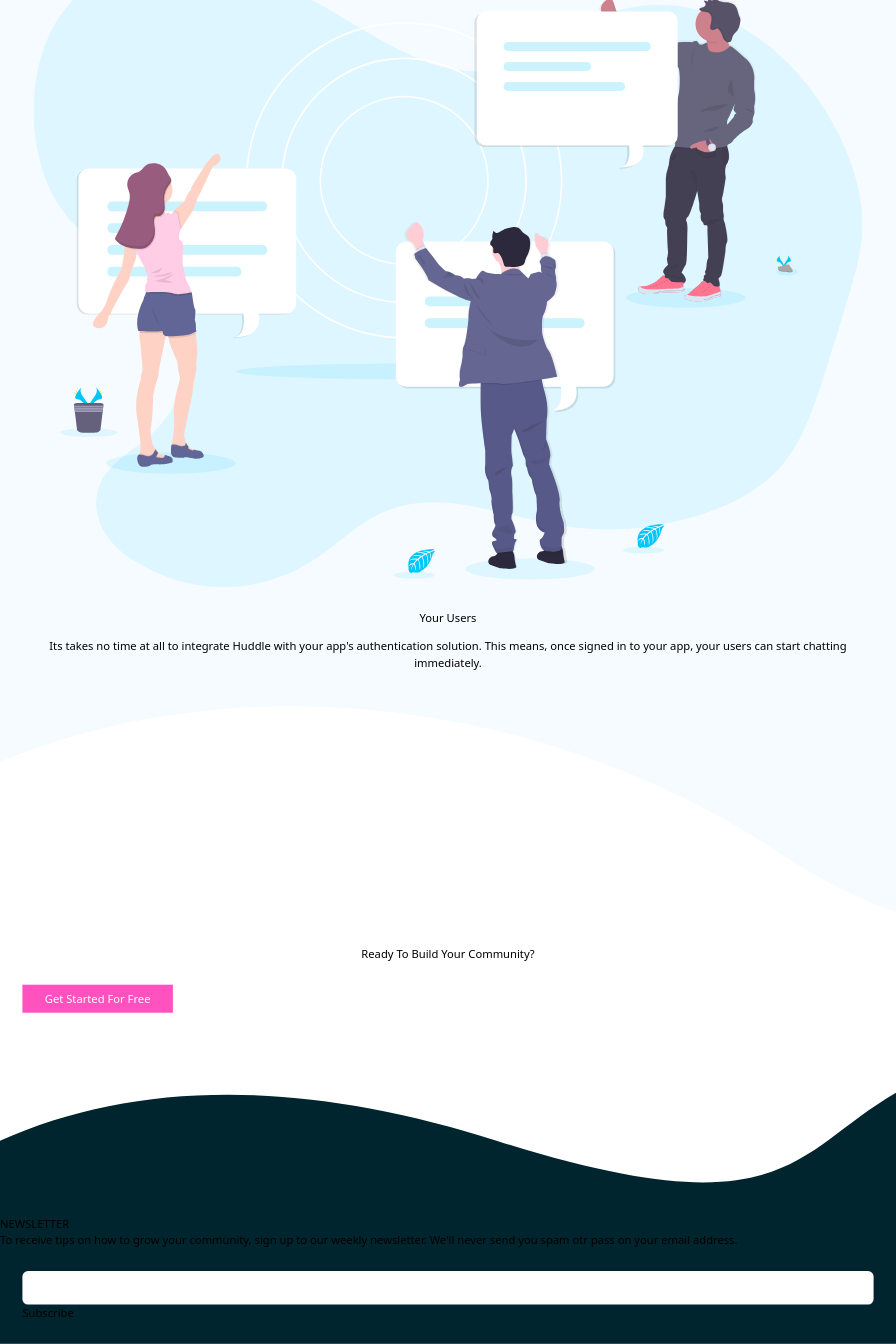
Repository: nivrii/huddle-landing-page-with-curved-sections-master
Page: /
The author's editor kept a copy of each file at every save. The page is drawn from the files as they stood at one save, then again after the next save.
The browser window is 1280 px wide. The pictures show the part of the page from y = 4444 to 6364 px (the page is 6364 px tall), at 70% of full size.
The project was rebuilt for these pictures with package versions that can differ from the ones it lists, and the page was loaded fresh each time. Also part of the build but not shown: vite.config.js.

Above is the page before, as saved 2024-04-04 19:27:15.

### src/App.jsx
import "./App.css";
import message from "./assets/images/icon-messages.svg";
import communities from "./assets/images/icon-communities.svg";

import screenMockup from "./assets/images/screen-mockups.svg";
import grow from "./assets/images/illustration-grow-together.svg";
import users from "./assets/images/illustration-your-users.svg";
import conversation from "./assets/images/illustration-flowing-conversation.svg";

import sectionTop1M from "./assets/images/bg-section-top-mobile-1.svg";
import sectionTop2M from "./assets/images/bg-section-top-mobile-2.svg";
import sectionBottom1M from "./assets/images/bg-section-bottom-mobile-1.svg";
import sectionBottom2M from "./assets/images/bg-section-bottom-mobile-2.svg";
import footerTopM from "./assets/images/bg-footer-top-mobile.svg";

function App() {
  return (
    <div className=" box-border m-0 bg-white w-screen min-h-screen">
      <section>
        <div className="flex flex-row w-full">
          <div className="flex flex-row align-middle  w-3/5">
            <img src={message} className="my-auto w-8 h-8" />
            <h1 className="text-3xl font-Poppins text-Very-dark-cyan font-bold my-auto">
              Huddle
            </h1>
          </div>
          <div className="flex align-middle justify-end w-2/5">
            <input
              className="border-2 border-Light-pink text-Light-pink font-Poppins rounded-3xl px-6 py-2"
              type="button"
              value="Try It Free"
            />
          </div>
        </div>
      </section>

      <section>
        <div className="w-full ">
          <h1>Build The Community Your Fans Will Love</h1>
          <p className="text-wrap">
            Huddle re-imagines the way we build communities. You have a voice,
            so does your audience. Create connections with your users as you
            engage in genuine discussion
          </p>
          <input
            type="submit"
            name="start"
            className="outline-none text-white bg-Pink"
          />
        </div>
      </section>

      <section className="mt-4 m">
        <div className="mx-auto">
          <img src={screenMockup} className="object-contain" />
        </div>
      </section>

      <section className="flex flex-col justify-center">
        <div className="mx-auto w-1/2 ">
          <img src={communities} alt="communities" />
          <h1 className="w-full font-bold text-6xl">1.4k+</h1>
          <p>Communities Formed</p>
        </div>
        <div className="mx-auto w-1/2">
          <img src={message} alt="message" />
          <h1 className="w-full font-bold text-6xl">2.7m+</h1>
          <p>Messages Sent</p>
        </div>
      </section>

      <img src={sectionTop1M} alt="top-top" className="w-full"/>

      <section className="flex flex-col space-y-8 bg-sectionBG px-8 py-12">
        <img src={grow} alt="" className="mb-12" />
        <div className="flex flex-col space-y-4 text-center">
          <h1>Grow Together</h1>
          <p>
            Generate meaningful discussions with your audience and build a
            strong, loyal community. Think of the insightful conversations you
            miss out on with a feedback form.
          </p>
        </div>
      </section>

      <img src={sectionBottom1M} alt="top-bottom" className="w-full"/>

      <section className="flex flex-col space-y-8 my-20 px-8">
        <img src={conversation} alt="conversations" className="px-4" />
        <div className="flex flex-col space-y-4 text-center">
          <h1>Flowing Conversations</h1>
          <p>
            You wouldn&apos;t paginate a conversation in real life, so why do it
            online? Our threads have just-in-time loading for a more natural
            flow.
          </p>
        </div>
      </section>

      <img src={sectionTop2M} alt="bottom-top" className="w-full"/>

      <section className="bg-sectionBG">
        <div className="flex flex-col space-y-8  px-8">
          <img src={users} alt="conversations" className="px-4" />
          <div className="flex flex-col space-y-4 text-center">
            <h1>Your Users</h1>
            <p>
              Its takes no time at all to integrate Huddle with your app&apos;s
              authentication solution. This means, once signed in to your app,
              your users can start chatting immediately.
            </p>
          </div>
        </div>
      </section>

      <img src={sectionBottom2M} alt="bottom-bottom" className="w-full" />

      <section className="flex flex-col space-y-8 mt-12 px-8 mb-28">
        <h1 className="text-center">Ready To Build Your Community?</h1>
        <input
          type="button"
          value="Get Started For Free"
          className="outline-none bg-Pink text-white w-fit py-2 px-8"
        />
      </section>

      <img src={footerTopM} alt="" className="w-full"/>

      <footer className="bg-bgFooter -mt-1">
        <div>
          <h1>NEWSLETTER</h1>
          <p>To receive tips on how to grow your community, sign up to our weekly newsletter. We&apos;ll never send you spam otr pass on your email address.</p>
        </div>
        <div className="p-8">
          <input type="text" className="w-full rounded-lg h-12"/>
          <input type="button" value="Subscribe" />
        </div>
      </footer>
    </div>
  );
}

export default App;

### src/App.css
@import "tailwindcss/base";
@import "tailwindcss/components";
@import "tailwindcss/utilities";
@import url('https://fonts.google.com/specimen/Poppins');
@import url('https://fonts.google.com/specimen/Open+Sans');

### tailwind.config.js
/** @type {import('tailwindcss').Config} */

/*! tailwindcss v2.2.7 | MIT License | https://tailwindcss.com */
export default {
  content: [
    "./index.html",
    "./src/**/*.{js,ts,jsx,tsx}",
  ],
  theme: {
    extend: {
      screens: {
        'xs': '375px',
        'sm': '640px',
        'md': '768px',
        'lg': '1024px',
        'xl': '1440px',

      },
      colors: {
        'Pink': 'hsl(322, 100%, 66%)',
        'Light-pink': 'hsl(321, 100%, 78%)',
        'Light-red': 'hsl(0, 100%, 63%)',
        'Very-dark-cyan': 'hsl(192, 100%, 9%)',
        'Very-dark-blue': 'hsl(207, 100%, 98%)',
        'sectionBG': '#F6FBFF',
        'bgFooter': '#00252E',
      },
      fontFamily: {
        'Poppins': ['Poppins', 'sans-serif'],
        'Open-sans': ['Open Sans', 'serif'],
      },
    },
  },
  plugins: [],
}

Loaded but not shown: index.html (common file); src/main.jsx (common file)

After the next save:
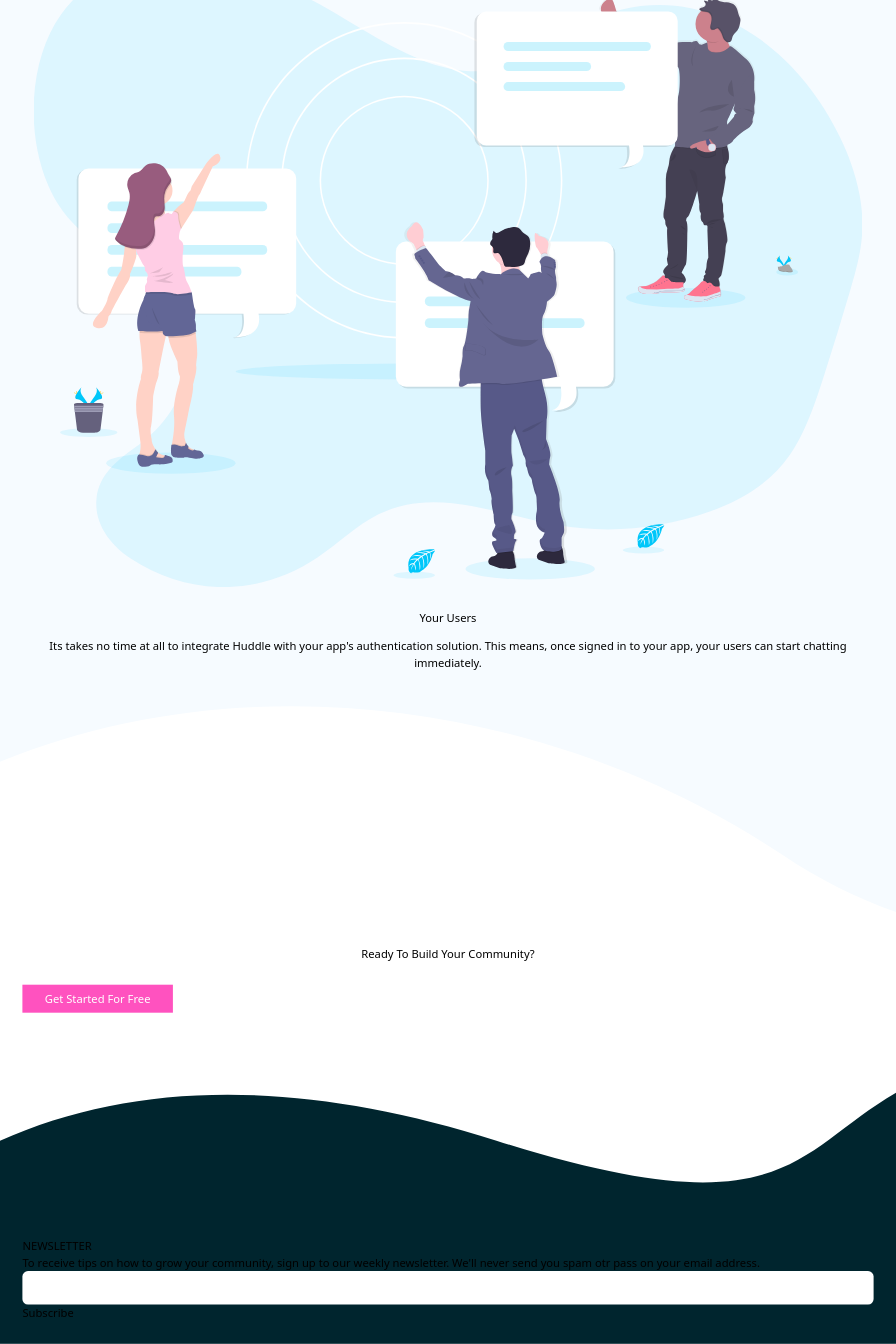
Saved 49 s later.
--- a/src/App.jsx
+++ b/src/App.jsx
@@ -69,7 +69,7 @@
         </div>
       </section>
 
-      <img src={sectionTop1M} alt="top-top" className="w-full"/>
+      <img src={sectionTop1M} alt="top-top" className="w-full" />
 
       <section className="flex flex-col space-y-8 bg-sectionBG px-8 py-12">
         <img src={grow} alt="" className="mb-12" />
@@ -83,7 +83,7 @@
         </div>
       </section>
 
-      <img src={sectionBottom1M} alt="top-bottom" className="w-full"/>
+      <img src={sectionBottom1M} alt="top-bottom" className="w-full" />
 
       <section className="flex flex-col space-y-8 my-20 px-8">
         <img src={conversation} alt="conversations" className="px-4" />
@@ -97,7 +97,7 @@
         </div>
       </section>
 
-      <img src={sectionTop2M} alt="bottom-top" className="w-full"/>
+      <img src={sectionTop2M} alt="bottom-top" className="w-full" />
 
       <section className="bg-sectionBG">
         <div className="flex flex-col space-y-8  px-8">
@@ -124,15 +124,17 @@
         />
       </section>
 
-      <img src={footerTopM} alt="" className="w-full"/>
+      <img src={footerTopM} alt="" className="w-full" />
 
       <footer className="bg-bgFooter -mt-1">
-        <div>
+        <div className="p-8">
           <h1>NEWSLETTER</h1>
-          <p>To receive tips on how to grow your community, sign up to our weekly newsletter. We&apos;ll never send you spam otr pass on your email address.</p>
-        </div>
-        <div className="p-8">
-          <input type="text" className="w-full rounded-lg h-12"/>
+          <p>
+            To receive tips on how to grow your community, sign up to our weekly
+            newsletter. We&apos;ll never send you spam otr pass on your email
+            address.
+          </p>
+          <input type="text" className="w-full rounded-lg h-12" />
           <input type="button" value="Subscribe" />
         </div>
       </footer>
